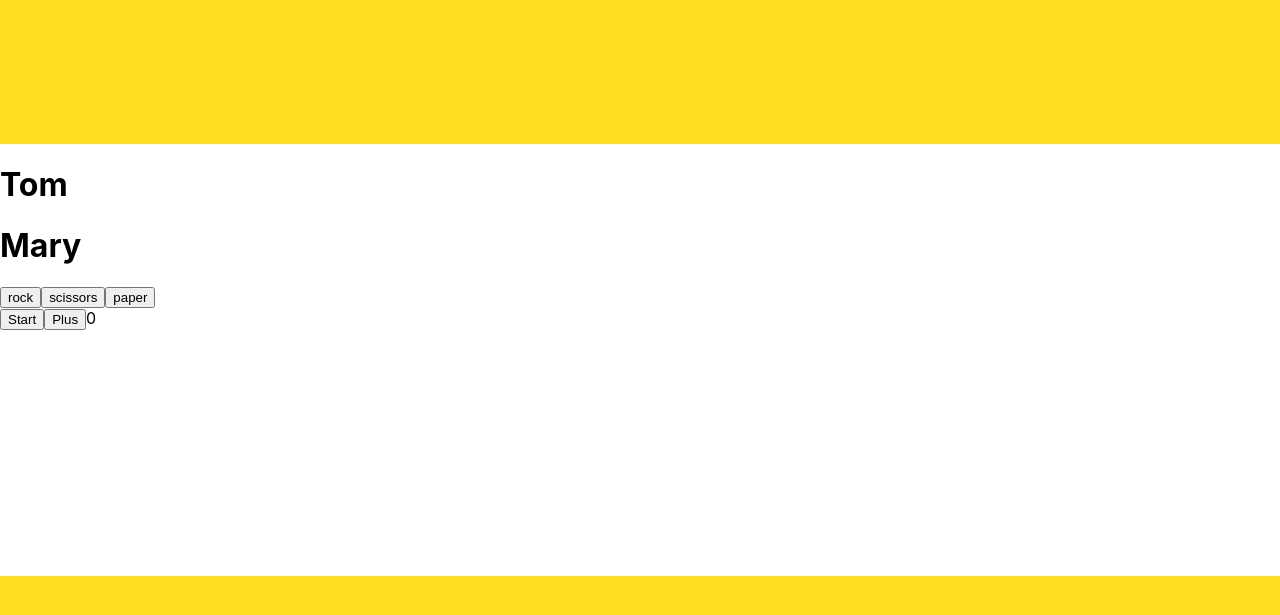
Repository: K009/Rock-Paper-Scissors
Page: /
These files come from the project's save history. The page is drawn as it stood at one moment and after the next save; the edit follows.
The browser window is 1280 px wide. The pictures show the whole page.
The project was rebuilt for these pictures with package versions that can differ from the ones it lists, and the page was loaded fresh each time.

Above is the page before, as saved 2020-05-13 08:39:24.

After the next save:
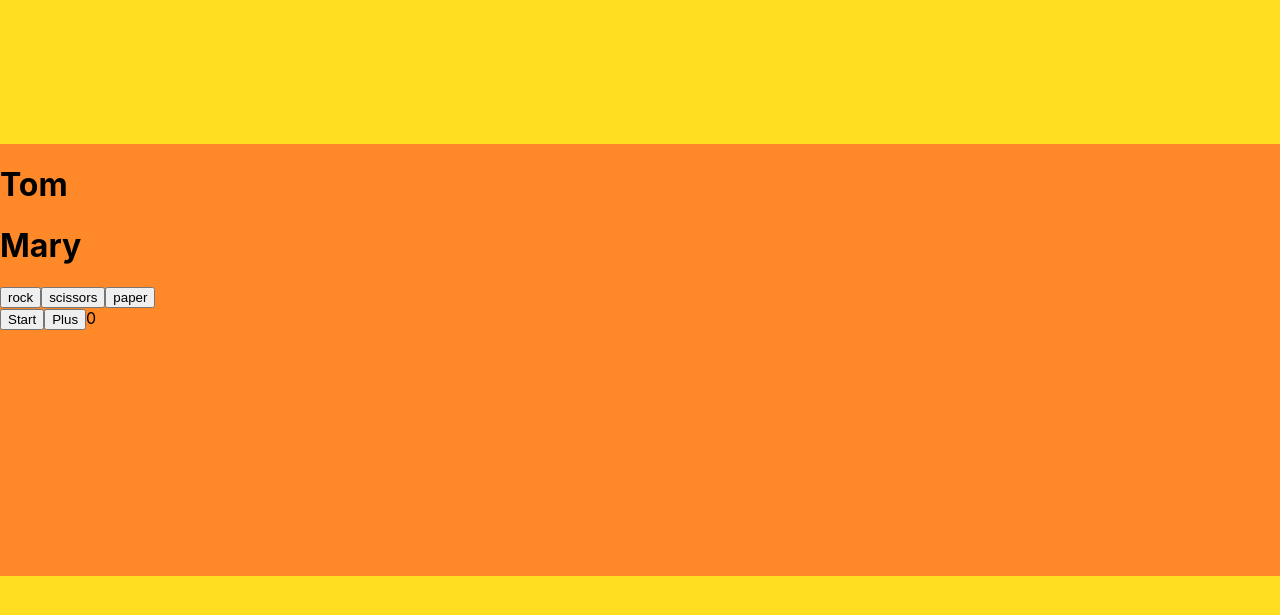
Saved 17 s later.
--- a/src/App.css
+++ b/src/App.css
@@ -1,6 +1,6 @@
 .App {
   min-height: 100vh;
-  background-image: #ff8928;
+  background-color: #ff8928;
 }
 
 .Header {

After the save that followed:
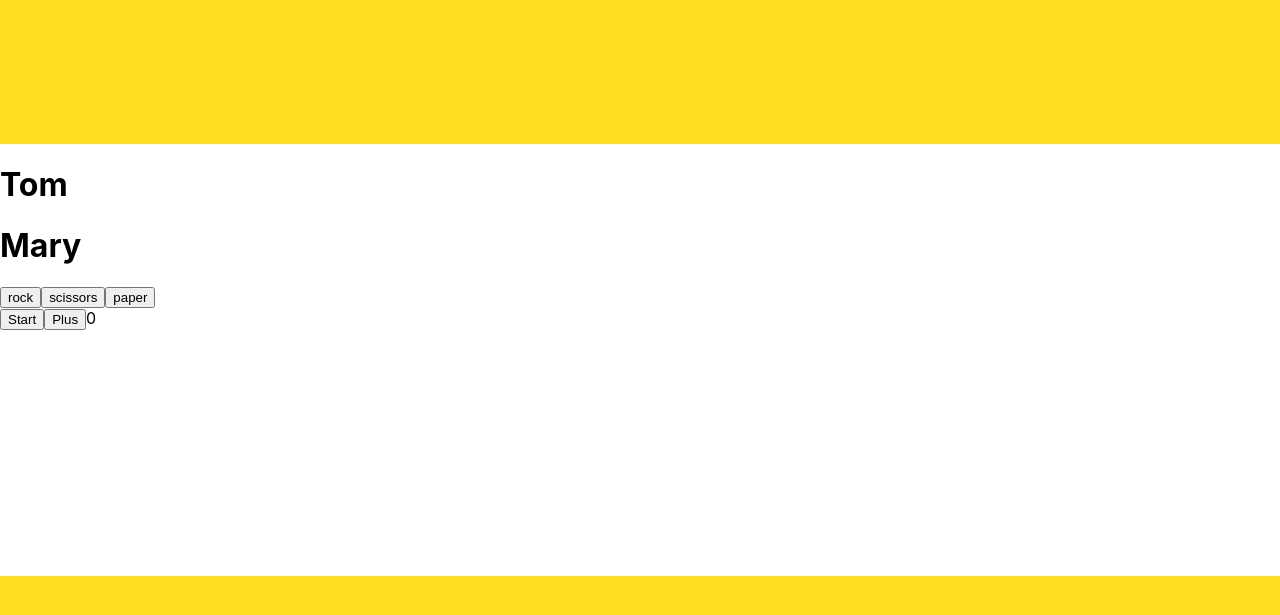
Saved 18 s later.
--- a/src/App.css
+++ b/src/App.css
@@ -1,6 +1,6 @@
 .App {
   min-height: 100vh;
-  background-color: #ff8928;
+  background-color: #ffffff;
 }
 
 .Header {
